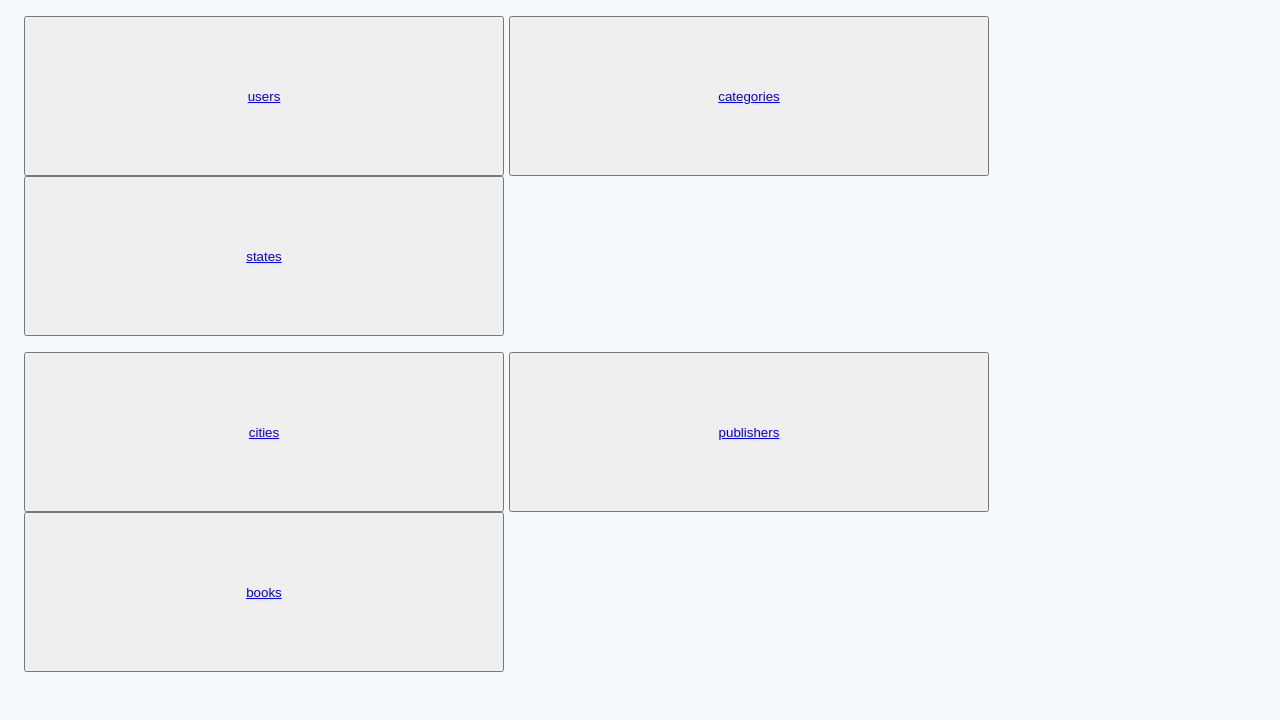
Repository: fontanive12/Biblioteca
Page: front/paginaInicial.html
These files come from the project's save history. The page is drawn as it stood at one moment and after the next save; the edit follows.
The browser window is 1280 px wide. The pictures show the whole page.

Above is the page before, as saved 2022-09-05 17:14:17.

### front/paginaInicial.html
<!DOCTYPE html>
<html lang="en">

<head>
    <meta charset="UTF-8">
    <meta http-equiv="X-UA-Compatible" content="IE=edge">
    <meta name="viewport" content="width=device-width, initial-scale=1.0">
    <link rel="stylesheet" href="styles.css">

    <title>Initial page</title>
</head>

<body>
    <div class="containerButtons">
        <button class="buttonMenu"><a href="users.html" class="users">users</a></button>
        <button class="buttonMenu"><a href="categories.html" class="categories">categories</a></button>
        <button class="buttonMenu"><a href="states.html" class="states">states</a></button>
    </div>
    <div class="containerButtons">
        <button class="buttonMenu"><a href="cities.html" class="states">cities</a></button>
        <button class="buttonMenu"><a href="publishers.html" class="states">publishers</a></button>
        <button class="buttonMenu"><a href="books.html" class="states">books</a></button>
    </div>
</body>

</html>

### front/styles.css
.bg-mynav {
  background-color: #49baef;
}

body {
  font-size: 1.25rem;
  background-color: #f6f8fa;
}

td {
  line-height: 3rem;
}

.containerButtons {
  max-width: 100rem;
  margin: 1rem 2rem 1rem 1rem;
}

.buttonMenu {
  width: 30rem;
  height: 10rem;

}

After the next save:
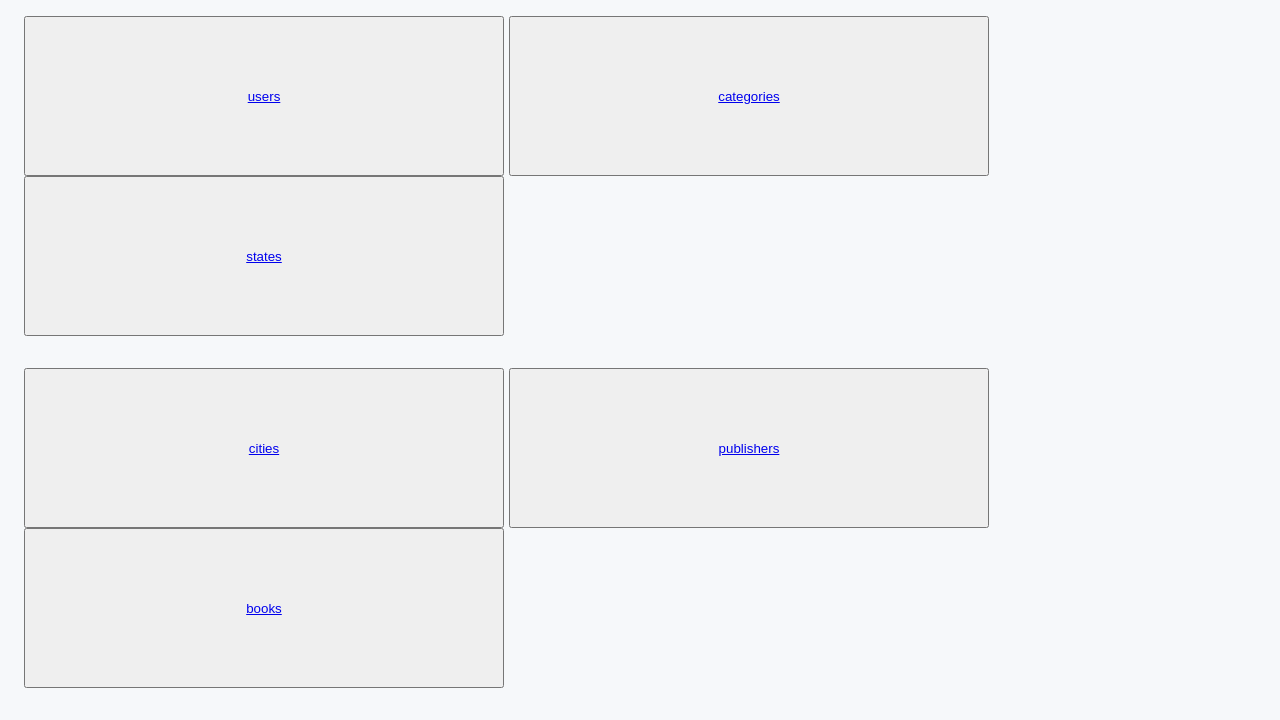
Saved 5 s later.
--- a/front/styles.css
+++ b/front/styles.css
@@ -13,7 +13,7 @@ td {
 
 .containerButtons {
   max-width: 100rem;
-  margin: 1rem 2rem 1rem 1rem;
+  margin: 1rem 2rem 2rem 1rem;
 }
 
 .buttonMenu {
